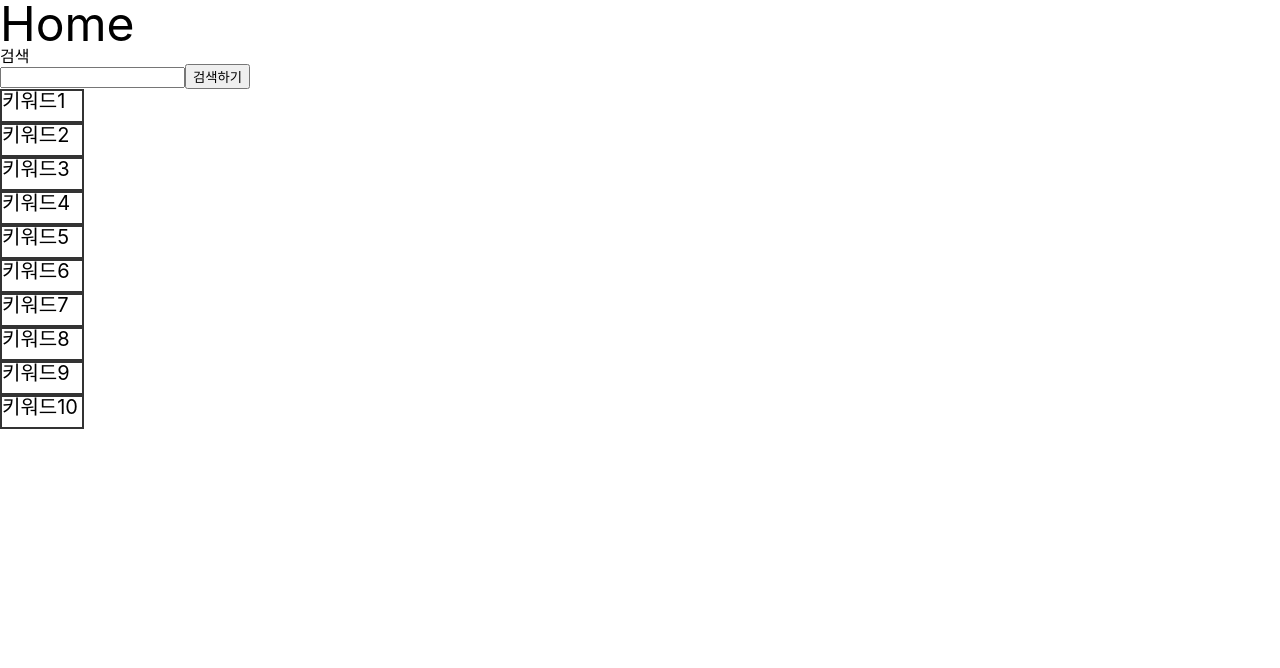
Repository: sunoo-lee/Star-Explore
Page: /
The author's editor kept a copy of each file at every save. The page is drawn from the files as they stood at one save, then again after the next save.
The browser window is 1280 px wide. The pictures show the whole page.
The project was rebuilt for these pictures with package versions that can differ from the ones it lists, and the page was loaded fresh each time.

Above is the page before, as saved 2022-10-14 03:15:42.

### src/index.js
import React from "react";
import ReactDOM from "react-dom/client";
import "./reset.css";
import "./Style.css";
import App from "./components/App";
// import reportWebVitals from "./reportWebVitals";

const root = ReactDOM.createRoot(document.getElementById("root"));
root.render(
  <React.StrictMode>
    <App />
  </React.StrictMode>
);

// reportWebVitals();

### src/Style.css
body {
  margin: 0;
  font-family: -apple-system, BlinkMacSystemFont, "Segoe UI", "Roboto", "Oxygen",
    "Ubuntu", "Cantarell", "Fira Sans", "Droid Sans", "Helvetica Neue",
    sans-serif;
  -webkit-font-smoothing: antialiased;
  -moz-osx-font-smoothing: grayscale;
}

code {
  font-family: source-code-pro, Menlo, Monaco, Consolas, "Courier New",
    monospace;
}

h1 {
  font-size: 3rem;
}
.keyword ul li {
}
.keyword ul li span {
  display: inline-block;
  font-size: 20px;
  width: 80px;
  height: 30px;
  border: 2px solid #333333;
}

### src/components/App.js
import AppRouter from "./Router";

function App() {
  return (
    <>
      <AppRouter />
    </>
  );
}

export default App;

### src/components/Router.js
import { HashRouter as Router, Route, Routes } from "react-router-dom";
import Home from "../routes/Home";

const AppRouter = () => {
  return (
    <Router>
      <Routes>
        <Route exact path="/" element={<Home />} />
      </Routes>
    </Router>
  );
};

export default AppRouter;

### src/routes/Home.js
import React from "react";

const Home = () => {
  return (
    <div>
      <h1>Home</h1>
      <div className="nav">
        <form>
          <div>검색</div>
          <input type="text" />
          <button>검색하기</button>
        </form>
        <div className="keyword">
          <ul>
            <li>
              <span>키워드1</span>
            </li>
            <li>
              <span>키워드2</span>
            </li>
            <li>
              <span>키워드3</span>
            </li>
            <li>
              <span>키워드4</span>
            </li>
            <li>
              <span>키워드5</span>
            </li>
            <li>
              <span>키워드6</span>
            </li>
            <li>
              <span>키워드7</span>
            </li>
            <li>
              <span>키워드8</span>
            </li>
            <li>
              <span>키워드9</span>
            </li>
            <li>
              <span>키워드10</span>
            </li>
          </ul>
        </div>
      </div>
    </div>
  );
};

export default Home;

Loaded but not shown: public/index.html (common file); src/reset.css (common file)

After the next save:
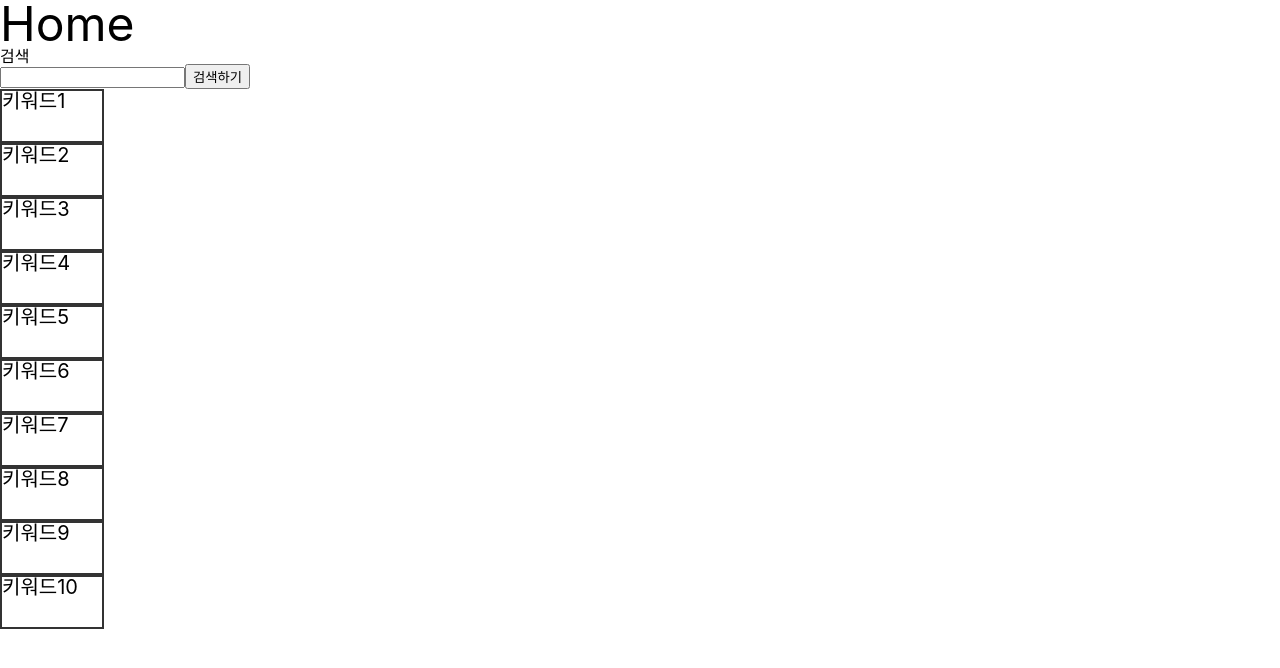
Saved 14 s later.
--- a/src/Style.css
+++ b/src/Style.css
@@ -20,7 +20,7 @@ h1 {
 .keyword ul li span {
   display: inline-block;
   font-size: 20px;
-  width: 80px;
-  height: 30px;
+  width: 100px;
+  height: 50px;
   border: 2px solid #333333;
 }
